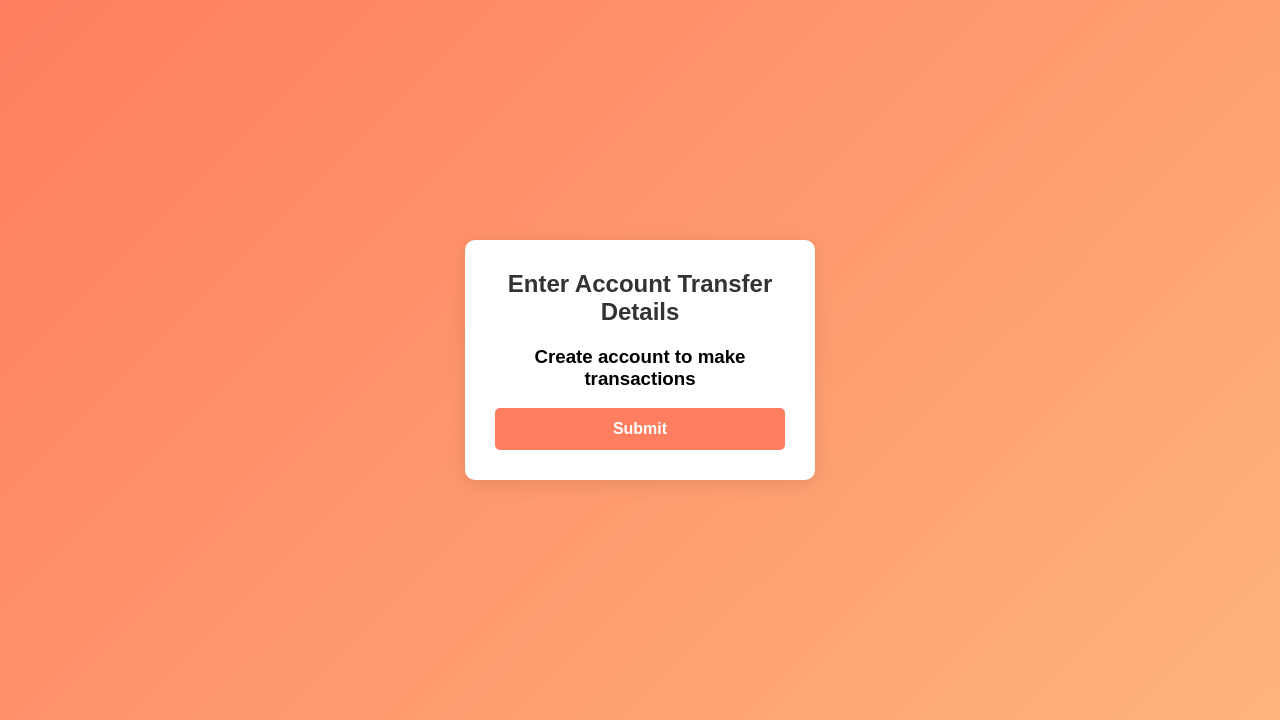
Repository: PeruriNaresh/Bank_Project
Page: http://localhost/bank_project/Transaction.jsp
The author's editor kept a copy of each file at every save. The page is drawn from the files as they stood at one save, then again after the next save.
The browser window is 1280 px wide. The pictures show the whole page.
The page is served by Tomcat 9.

Above is the page before, as saved 2024-10-26 10:50:54.

After the next save:
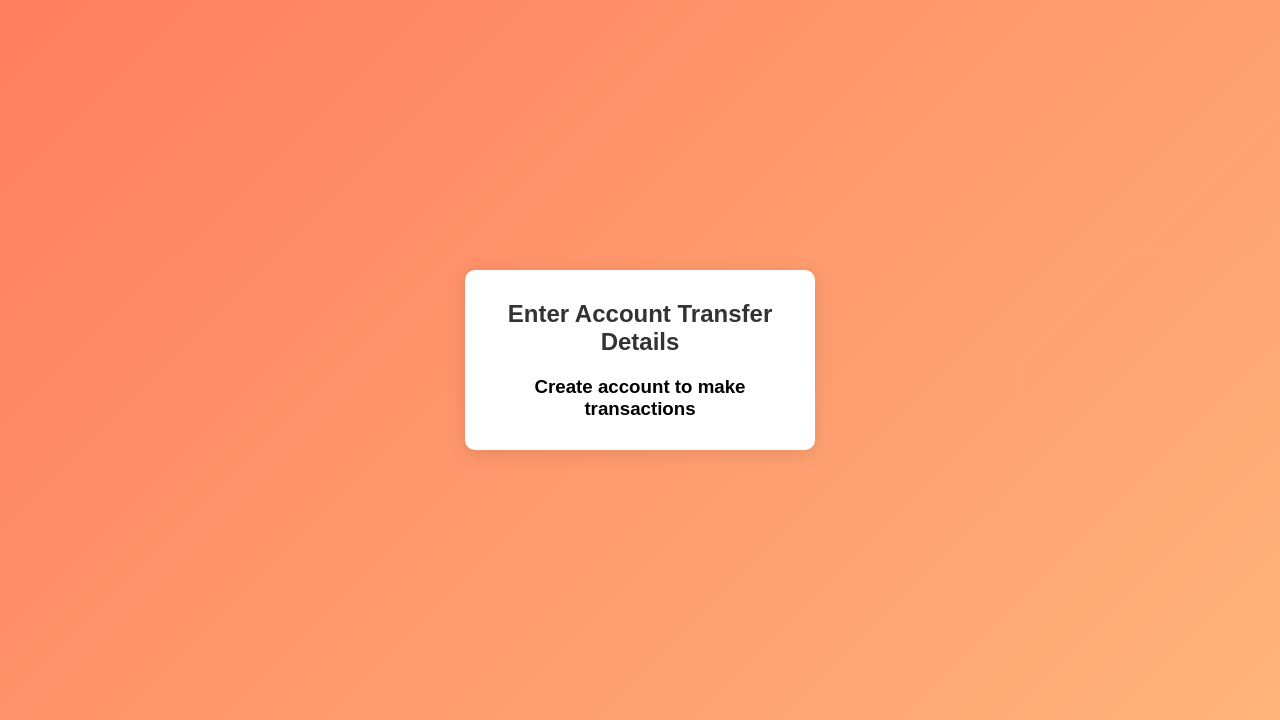
Saved 38 s later.
--- a/bank_project/src/main/webapp/Transaction.jsp
+++ b/bank_project/src/main/webapp/Transaction.jsp
@@ -96,6 +96,9 @@
 
         <label for="amount">Amount</label>
         <input type="number" id="amount" name="amount" placeholder="Enter amount" required>
+
+		<br>
+        <button type="submit">Submit</button>
 		<%
 		}
     	else
@@ -107,8 +110,6 @@
 		{
 			out.println("<p>"+msg+"</p>");
 		}%>
-		<br>
-        <button type="submit">Submit</button>
     </form>
 </div>
 </body>
